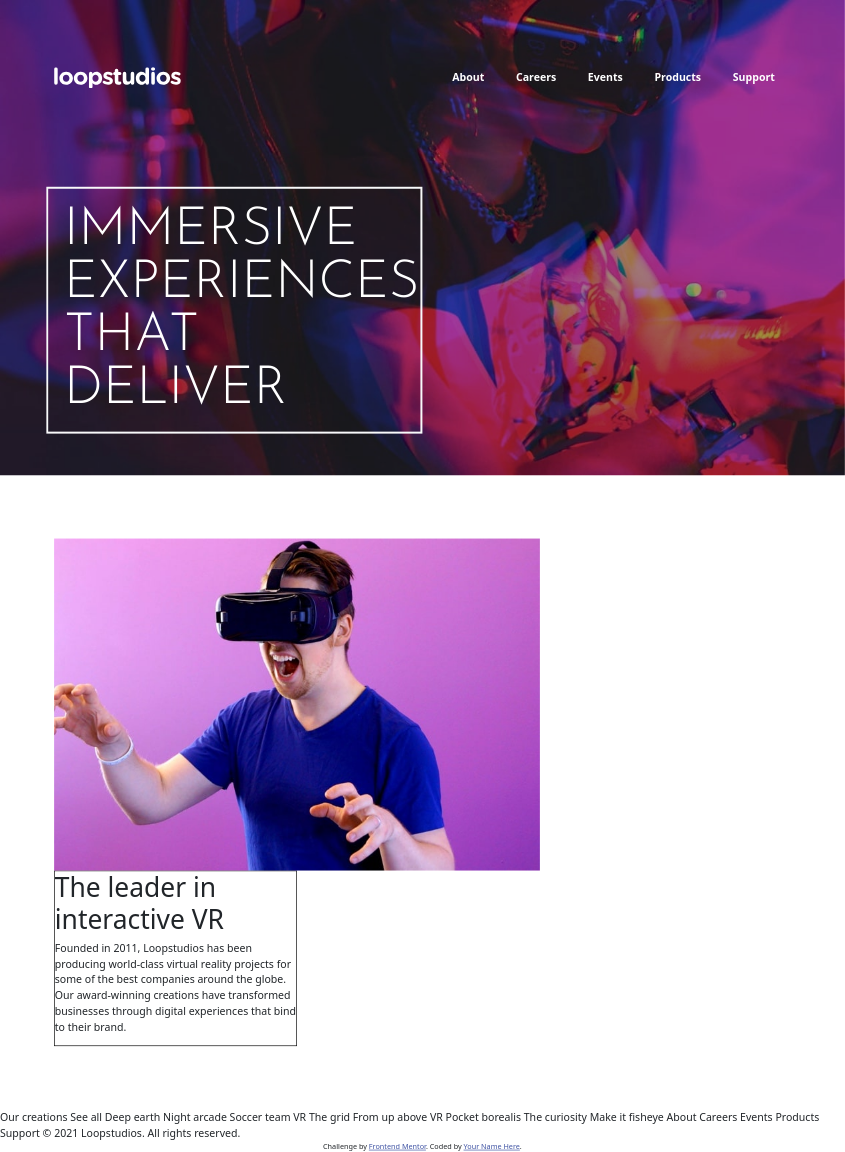
Repository: badhon252/revision
Page: loopstudios-landing-page-main/index.html
An editor plug-in stored every save of this project. The page is shown before and after the next save, followed by the edit.
The browser window is 1280 px wide. The pictures show the whole page, at 66% of full size.
Some web libraries are served in a nearby version. The style sheet was rebuilt from its Sass, Less or Tailwind sources for each picture, by a compiler version that may differ from the author's.

Above is the page before, as saved 2022-04-17 14:57:53.

After the next save:
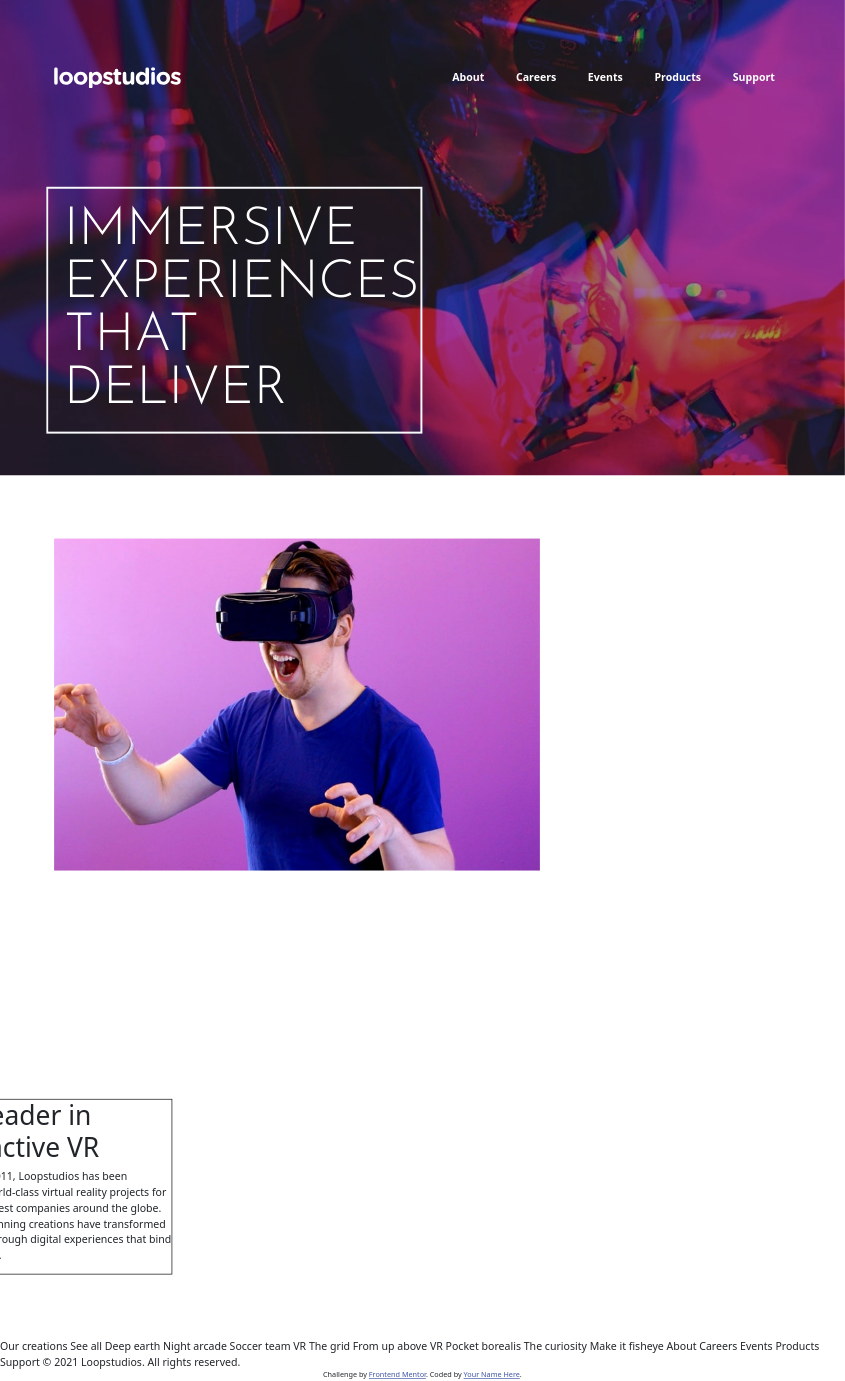
Saved 28 s later.
--- a/loopstudios-landing-page-main/scss/style.scss
+++ b/loopstudios-landing-page-main/scss/style.scss
@@ -40,10 +40,8 @@
 .vr-card {
   border: 1px solid black;
   width: 50%;
-  .bg-info {
-    margin-left: -189px;
-    margin-top: 346px;
-  }
+  margin-left: -189px;
+  margin-top: 346px;
 }
 // Footer
 .attribution {

After the save that followed:
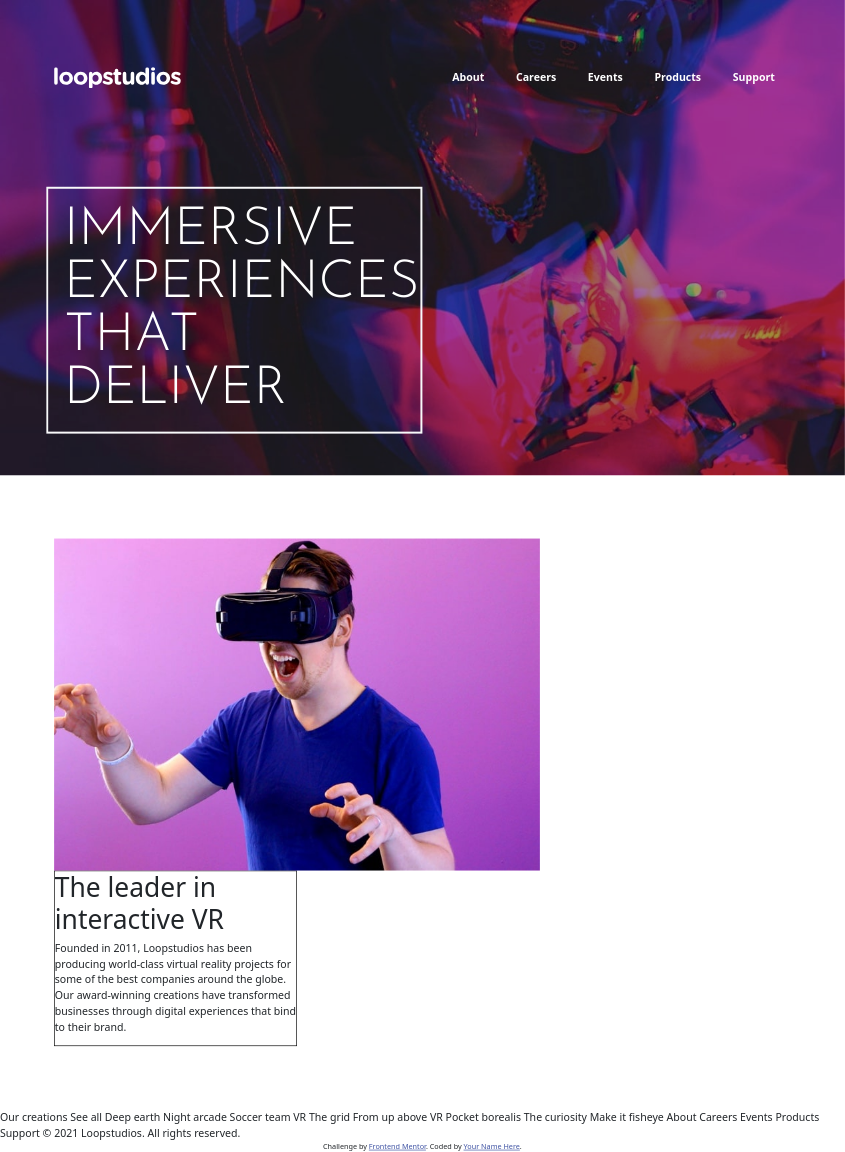
Saved 9 s later.
--- a/loopstudios-landing-page-main/scss/style.scss
+++ b/loopstudios-landing-page-main/scss/style.scss
@@ -40,8 +40,8 @@
 .vr-card {
   border: 1px solid black;
   width: 50%;
-  margin-left: -189px;
-  margin-top: 346px;
+  // margin-left: -189px;
+  // margin-top: 346px;
 }
 // Footer
 .attribution {
